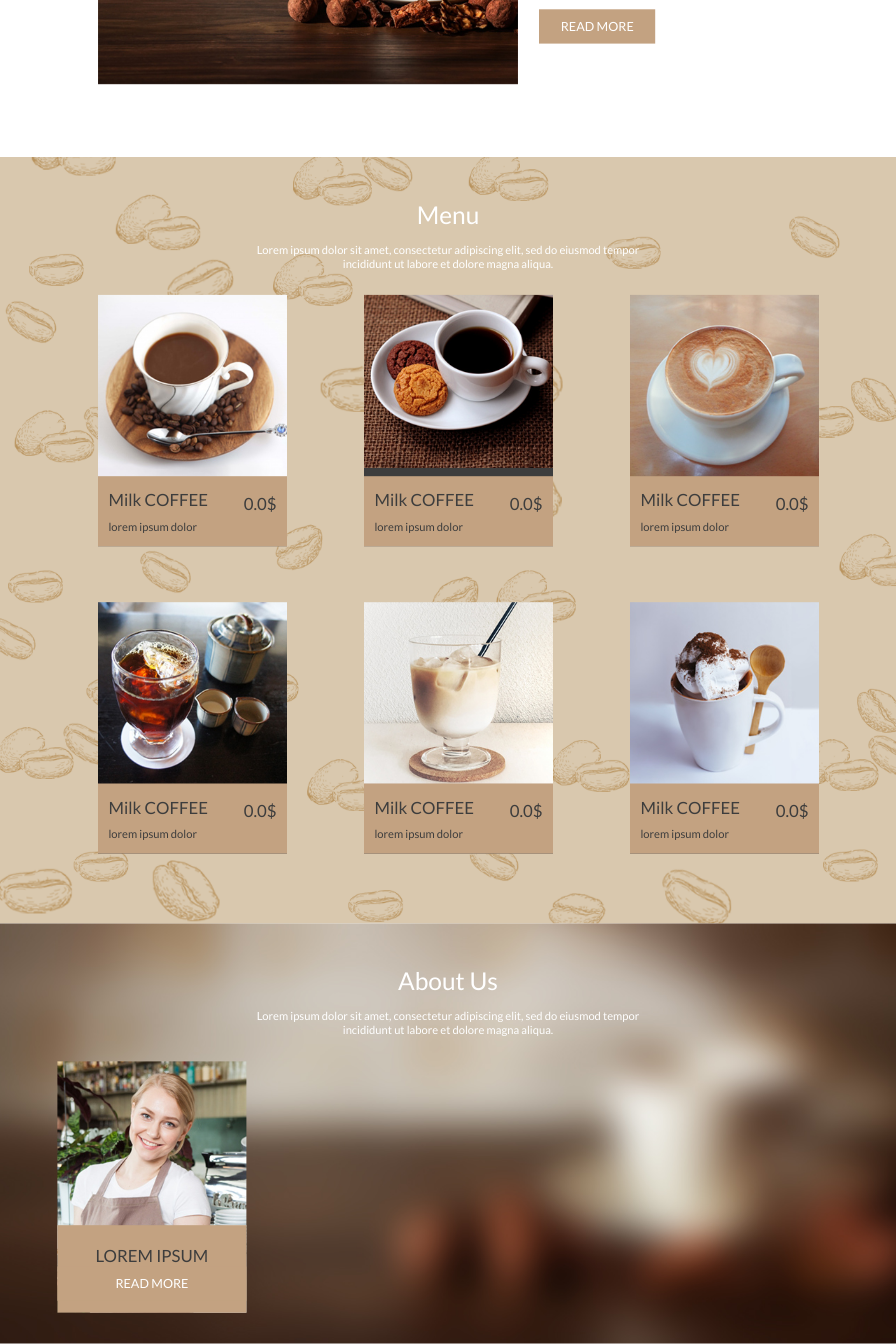
Repository: kuluong2000/coffe
Page: index.html
An editor plug-in stored every save of this project. The page is shown before and after the next save, followed by the edit.
The browser window is 1280 px wide. The pictures show the part of the page from y = 1035 to 2955 px (the page is 2955 px tall), at 70% of full size.
The pointer rests on the first visible `.about-item`.

Above is the page before, as saved 2021-10-04 22:30:39.

After the next save:
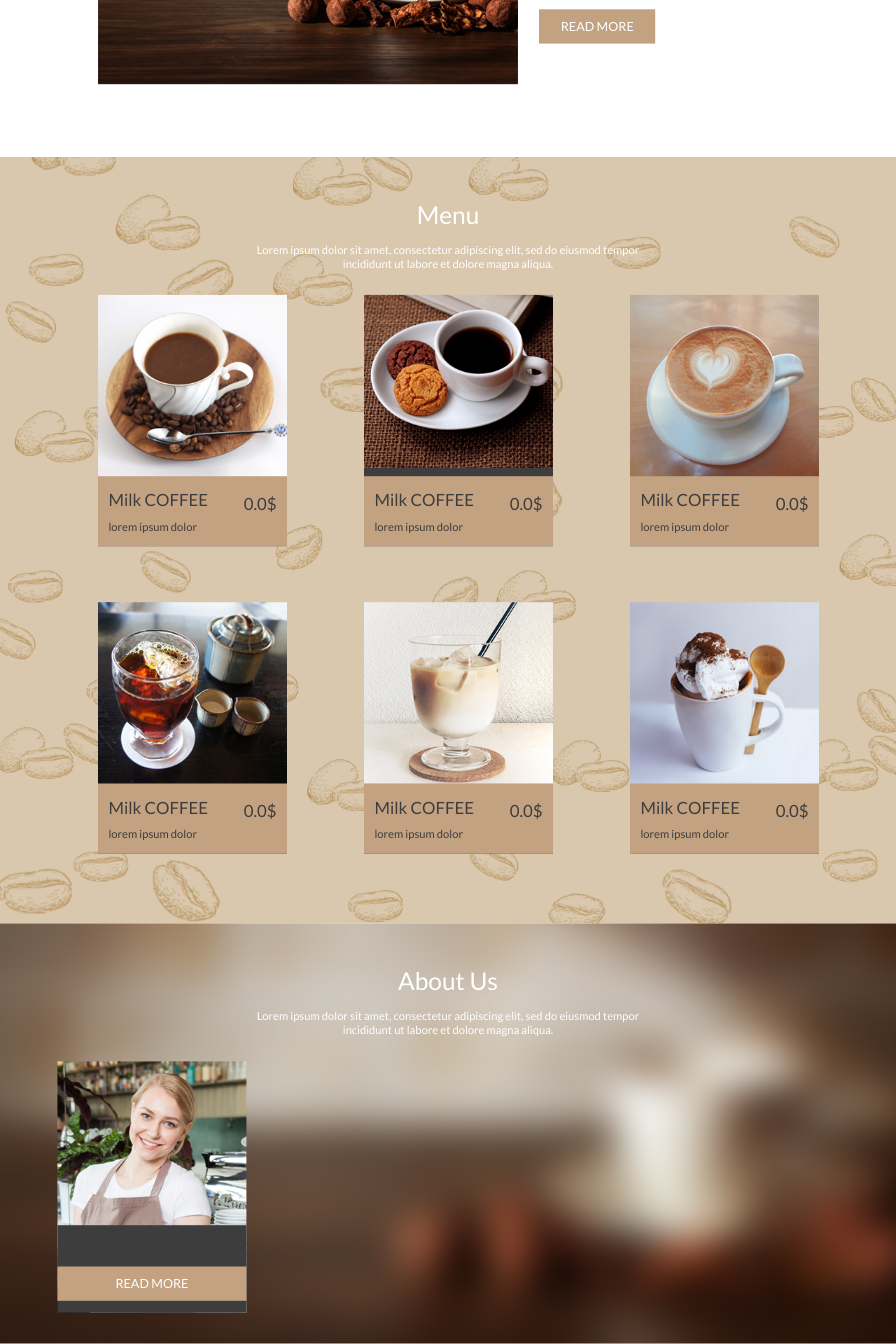
Saved 28 s later.
--- a/Assets/css/style.css
+++ b/Assets/css/style.css
@@ -257,8 +257,10 @@ body{
 .about-btn{
     display: none;
 }
+
 .about-item:hover .about-info{
     height: 125px;
+    background-color: #3d3d3d;
 }
 
 .about-item:hover .about-btn{
